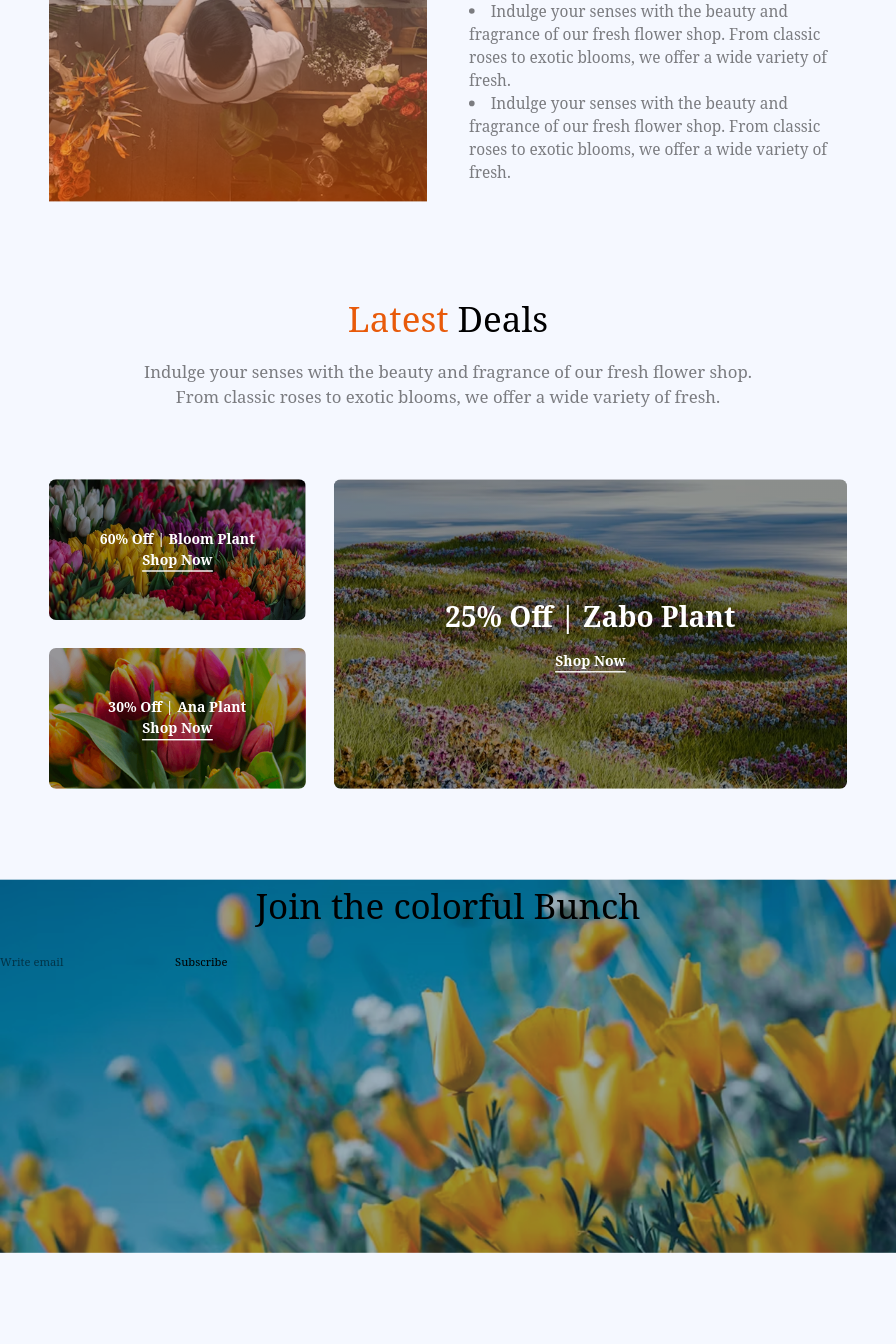
Repository: nahid-hasann/website-7
Page: index.html
An editor plug-in stored every save of this project. The page is shown before and after the next save, followed by the edit.
The browser window is 1280 px wide. The pictures show the part of the page from y = 2514 to 4434 px (the page is 4434 px tall), at 70% of full size.
Some web libraries are served in a nearby version.

Above is the page before, as saved 2025-07-24 21:17:47.

After the next save:
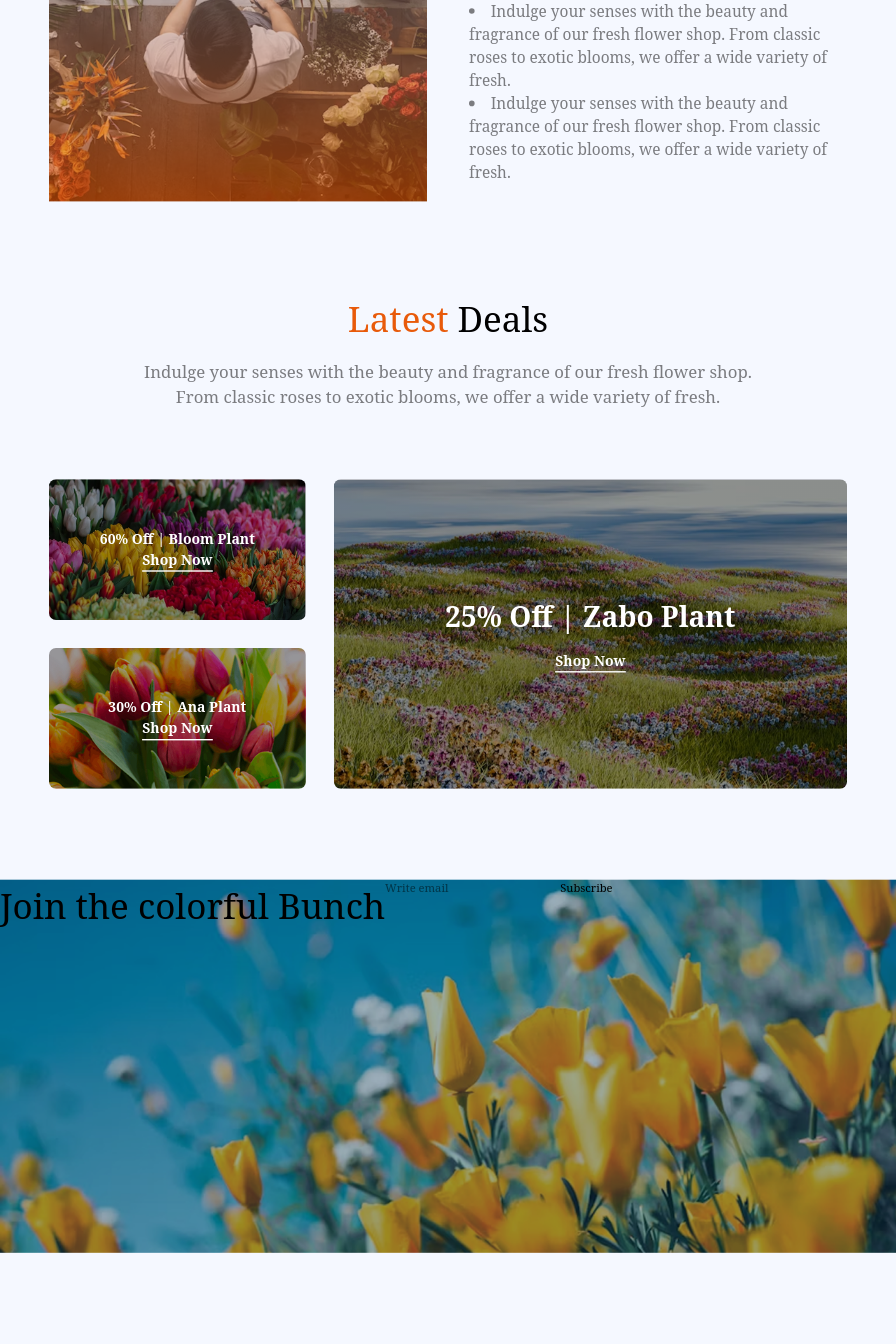
Saved 15 s later.
--- a/style.css
+++ b/style.css
@@ -287,6 +287,8 @@
     margin: 130px 0;
     background: url('assets/news-letter-bg.png') ;
     height: 533px;
+    display: flex;
+    f
 }
 
 .subscribe-section h1{

After the save that followed:
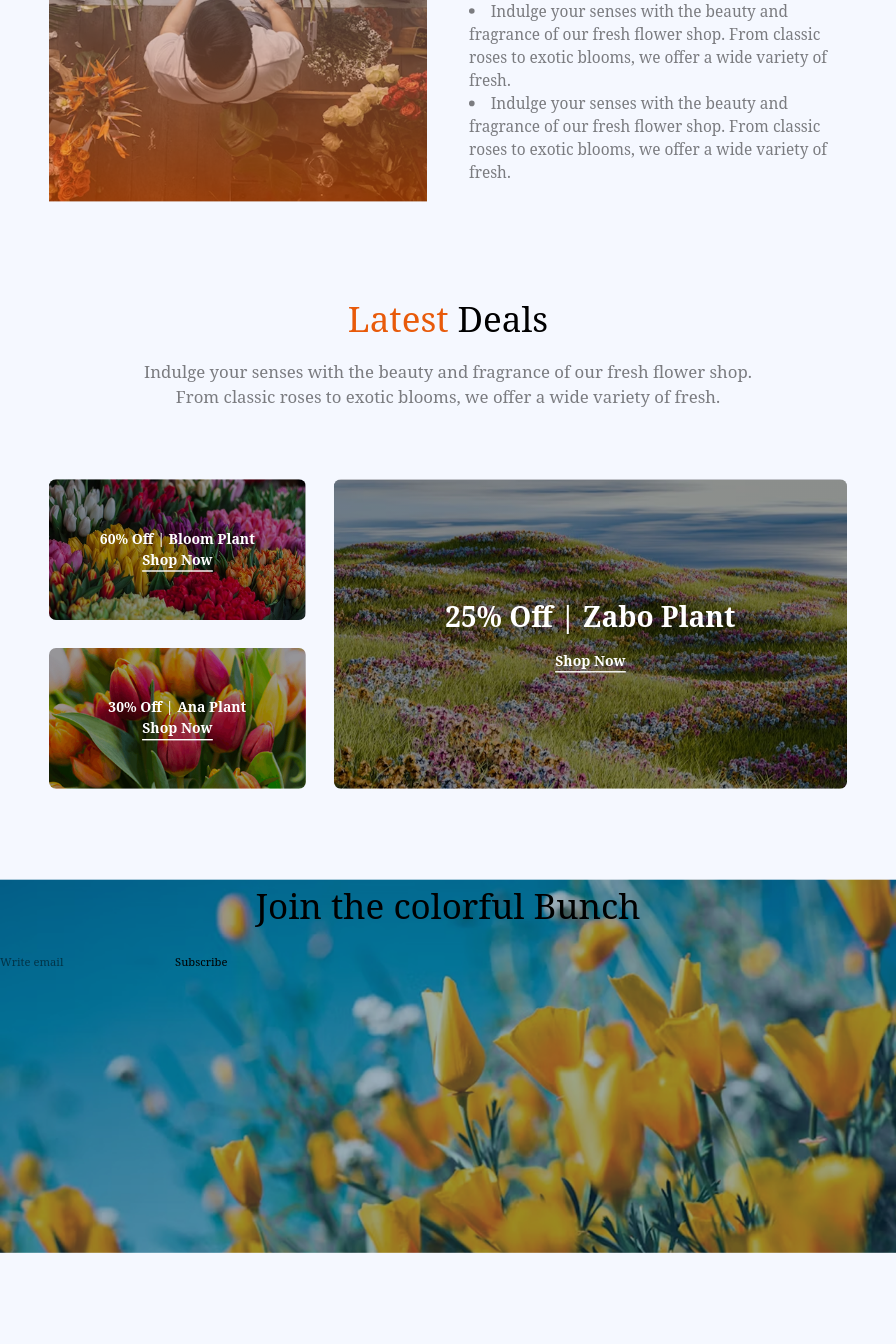
Saved 5 s later.
--- a/style.css
+++ b/style.css
@@ -288,7 +288,8 @@
     background: url('assets/news-letter-bg.png') ;
     height: 533px;
     display: flex;
-    f
+    flex-direction: column;
+
 }
 
 .subscribe-section h1{
